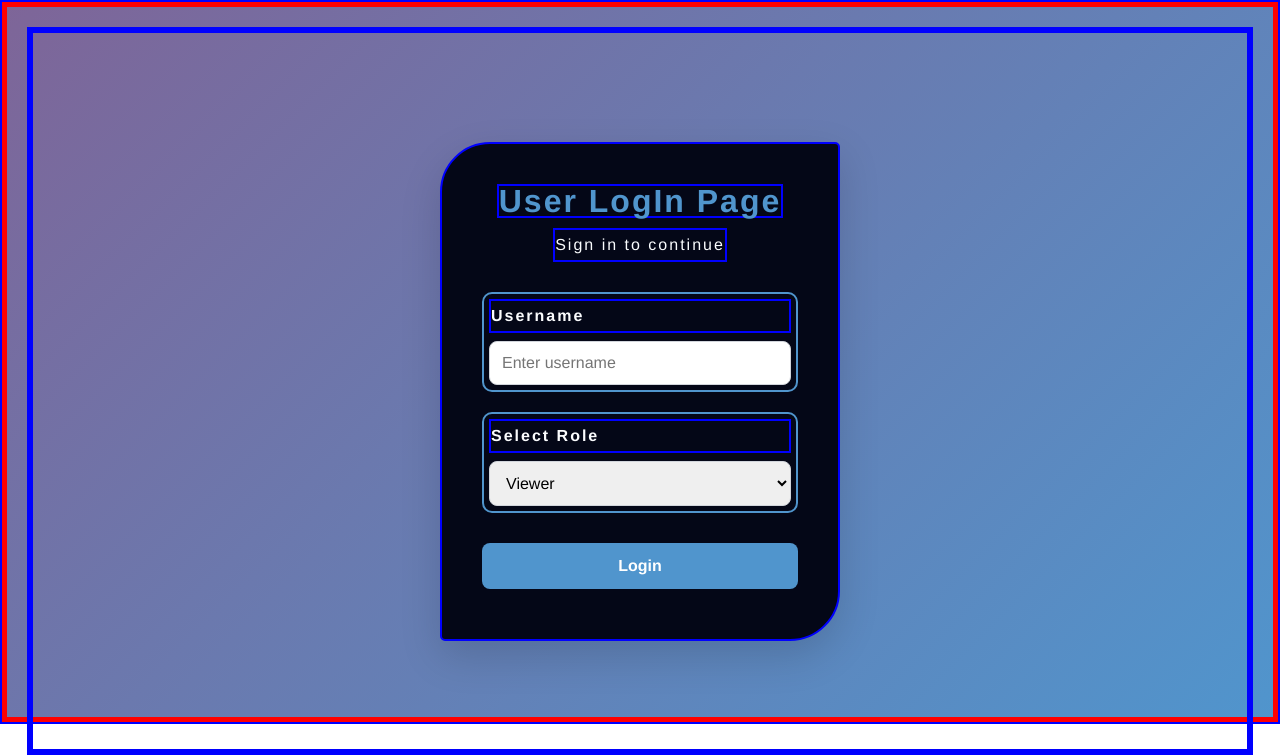
Repository: SolomonChinonso/myUserDashboard
Page: /dashboard (app in my-user-dashboard-app/)
The author's editor kept a copy of each file at every save. The page is drawn from the files as they stood at one save, then again after the next save.
The browser window is 1280 px wide. The pictures show the whole page.
The project was rebuilt for these pictures with package versions that can differ from the ones it lists, and the page was loaded fresh each time. Also part of the build but not shown: my-user-dashboard-app/vite.config.ts, my-user-dashboard-app/src/App.css, my-user-dashboard-app/src/pages/global.css, my-user-dashboard-app/src/pages/Dashboard.tsx, my-user-dashboard-app/src/pages/Profile.tsx, my-user-dashboard-app/src/pages/Settings.tsx, my-user-dashboard-app/src/components/Navbar.tsx.

Above is the page before, as saved 2026-05-31 14:32:24.

### my-user-dashboard-app/index.html
<!doctype html>
<html lang="en">
  <head>
    <meta charset="UTF-8" />
    <link rel="icon" type="image/svg+xml" href="/favicon.svg" />
    <meta name="viewport" content="width=device-width, initial-scale=1.0" />
    <title>my-user-dashboard-app</title>
  </head>
  <body>
    <div id="root"></div>
    <script type="module" src="/src/main.tsx"></script>
  </body>
</html>

### my-user-dashboard-app/src/main.tsx
import React from "react";
import ReactDOM from "react-dom/client";
import App from "./App";
import { BrowserRouter } from "react-router-dom";
import { AuthProvider } from "./context/AuthProvider"
import "./index.css"


ReactDOM.createRoot(document.getElementById("root")!).render(
  <React.StrictMode>
    <BrowserRouter>
      <AuthProvider>
        <App />
      </AuthProvider>
    </BrowserRouter>
  </React.StrictMode>
);

### my-user-dashboard-app/src/App.tsx
import {
  Routes,
  Route,
  Navigate,
} from "react-router-dom";
import "./App.css"

import Login from "./pages/Login";
import Dashboard from "./pages/Dashboard";
import Profile from "./pages/Profile";
import Settings from "./pages/Settings";

import Navbar from "./components/Navbar";
import ProtectedRoute from "./components/ProtectedRoute";

import { useAuth } from "./hooks/useAuth";

function App() {
  const { user } = useAuth();

  return (
    <div className="app-section">
      {user && <Navbar />}

      <Routes>
        {/* Redirect homepage to login */}
        <Route
          path="/"
          element={<Navigate to="/login" replace />}
        />

        <Route
          path="/login"
          element={<Login />}
        />

        <Route
          path="/dashboard"
          element={
            <ProtectedRoute>
              <Dashboard />
            </ProtectedRoute>
          }
        />

        <Route
          path="/profile"
          element={
            <ProtectedRoute>
              <Profile />
            </ProtectedRoute>
          }
        />

        <Route
          path="/settings"
          element={
            <ProtectedRoute adminOnly>
              <Settings />
            </ProtectedRoute>
          }
        />

        {/* Catch-all route */}
        <Route
          path="*"
          element={<Navigate to="/login" replace />}
        />
      </Routes>
    </div>
  );
}

export default App;

### my-user-dashboard-app/src/context/AuthProvider.tsx
import {
  useState,
  type ReactNode,
} from "react";

import type { User } from "../types/user";

import { AuthContext } from "./AuthContext";

interface AuthProviderProps {
  children: ReactNode;
}

export const AuthProvider = ({
  children,
}: AuthProviderProps) => {
  const [user, setUser] =
    useState<User | null>(null);

  const login = (userData: User) => {
    setUser(userData);
  };

  const logout = () => {
    setUser(null);
  };

  return (
    <AuthContext.Provider
      value={{
        user,
        login,
        logout,
      }}
    >
      {children}
    </AuthContext.Provider>
  );
};

### my-user-dashboard-app/src/index.css
*{
    margin: 0;
    padding: 0;
    font-family: 'Franklin Gothic Medium', 'Arial Narrow', Arial, sans-serif;
    box-sizing: border-box;
    border: 2px solid blue;

}
body{
   height: 100vh;
   min-height: 100%;
    letter-spacing: 2px;
    background:  linear-gradient(
    135deg,
    #7e6598,
    #5095cd);
    background-repeat:no-repeat;
    color: #5095cd;;
    padding: 20px;
    border: 5px solid red;
}

### my-user-dashboard-app/src/pages/Login.tsx
// import { useState } from "react";
// import { useNavigate } from "react-router-dom";
// import { useAuth } from "../hooks/useAuth";
// import "./Login.css"

// const Login = () => {
//   const [username, setUsername] = useState("");
//   const [role, setRole] = useState("Viewer");

//   const { login } = useAuth();
//   const navigate = useNavigate();

//   const handleLogin = () => {
//     login({
//       username,
//       role: role as "Admin" | "Editor" | "Viewer",
//     });

//     navigate("/dashboard");
//   };

//   return (
//     <div className="login-page">
//       <h1>Login</h1>

//       <input
//         type="text"
//         placeholder="Username"
//         value={username}
//         onChange={(e) => setUsername(e.target.value)}
//       />

//       <select
//         value={role}
//         onChange={(e) => setRole(e.target.value)}
//       >
//         <option>Admin</option>
//         <option>Editor</option>
//         <option>Viewer</option>
//       </select>

//       <button onClick={handleLogin}>
//         Login
//       </button>
//     </div>
//   );
// };

// export default Login;
import { useState } from "react";
import { useNavigate } from "react-router-dom";
import { useAuth } from "../hooks/useAuth";
import "./Login.css";

const Login = () => {
  const [username, setUsername] = useState("");
  const [role, setRole] = useState("Viewer");

  const { login } = useAuth();
  const navigate = useNavigate();

  const handleLogin = () => {
    login({
      username,
      role: role as "Admin" | "Editor" | "Viewer",
    });

    navigate("/dashboard");
  };

  return (
    <div className="login-page">
      <div className="login-card">
        <h1>User LogIn Page</h1>
        <p className="subtitle">
          Sign in to continue
        </p>

        <div className="form-group">
          <label>Username</label>
          <input
            type="text"
            placeholder="Enter username"
            value={username}
            onChange={(e) =>
              setUsername(e.target.value)
            }
          />
        </div>

        <div className="form-group">
          <label>Select Role</label>
          <select
            value={role}
            onChange={(e) =>
              setRole(e.target.value)
            }
          >
            <option>Admin</option>
            <option>Editor</option>
            <option>Viewer</option>
          </select>
        </div>

        <button
          className="login-btn"
          onClick={handleLogin}
        >
          Login
        </button>
      </div>
    </div>
  );
};

export default Login;

### my-user-dashboard-app/src/components/ProtectedRoute.tsx
import { Navigate } from "react-router-dom";
import { useAuth } from "../hooks/useAuth";

interface Props {
  children: React.ReactNode;
  adminOnly?: boolean;
}

const ProtectedRoute = ({
  children,
  adminOnly,
}: Props) => {
  const { user } = useAuth();

  // Not logged in
  if (!user) {
    return <Navigate to="/login" />;
  }

  // Not admin
  if (adminOnly && user.role !== "Admin") {
    return <Navigate to="/dashboard" />;
  }

  return children;
};

export default ProtectedRoute;

### my-user-dashboard-app/src/hooks/useAuth.ts
import { useContext } from "react";

import { AuthContext } from "../context/AuthContext";

export const useAuth = () => {
  const context = useContext(AuthContext);

  if (!context) {
    throw new Error(
      "useAuth must be used inside AuthProvider"
    );
  }

  return context;
};

### my-user-dashboard-app/src/context/AuthContext.ts
import { createContext } from "react";

import type { User } from "../types/user";

export interface AuthContextType {
  user: User | null;
  login: (user: User) => void;
  logout: () => void;
}
export const AuthContext =
  createContext<AuthContextType | null>(null);

### my-user-dashboard-app/src/pages/Login.css
/* Full page layout */
.login-page {
  min-height: 100vh;
  display: flex;
  justify-content: center;
  align-items: center;

  border: ;
  padding: 20px;
}

/* Login card */
.login-card {
  width: 100%;
  max-width: 400px;
  height: 60%;
  background: #040717;
  padding: 40px;
  border-radius: 50px 5px;
  display: flex;
  flex-direction: column;
  justify-content: center;
  align-items: center;
  box-shadow: 0 15px 40px
    rgba(0, 0, 0, 0.15);
  line-height: 30px;
  text-align: center;
}


/* Heading */
.login-card h1 {
  margin-bottom: 10px;
  color: #5095cd;
}

.subtitle {
  color: #fafcfe;
  margin-bottom: 30px;
}

/* Form group */
.form-group {
    border: 2px solid #5095cd;
    width: 100%;
    border-radius: 10px;
    padding: 5px;
  display: flex;
  flex-direction: column;
  text-align: left;
  margin-bottom: 20px;
}

.form-group label {
  margin-bottom: 8px;
  font-weight: 600;
  color: #fbfcfe;
}

/* Inputs */
.form-group input,
.form-group select {
  padding: 12px;
  border: 1px solid #d1d5db;
  border-radius: 8px;

  font-size: 16px;
  outline: none;

  transition: 0.3s ease;
}

.form-group input:focus,
.form-group select:focus {
  border-color: #4f46e5;
  box-shadow: 0 0 0 3px
    rgba(79, 70, 229, 0.15);
}

/* Button */
.login-btn {
  width: 100%;
  padding: 14px;

  border: none;
  border-radius: 8px;

  background: #5095cd;
  color: white;

  font-size: 16px;
  font-weight: bold;

  cursor: pointer;
  transition: 0.3s ease;
}

.login-btn:hover {
  background: #4338ca;
  transform: translateY(-2px);
}

### my-user-dashboard-app/src/components/Navbar.css
nav{
    background: rgb(48, 4, 59);
    display: flex;
    justify-content: space-between;
    align-items: center;
    /* margin: 20px; */
    /* padding: 10px; */
    /* max-width: 100vw; */
    /* width: 100%; */
    flex-wrap: wrap;
    /* border-radius: 50px; */

}
nav .logo{
    font-family: system-ui, -apple-system, BlinkMacSystemFont, 'Segoe UI', Roboto, Oxygen, Ubuntu, Cantarell, 'Open Sans', 'Helvetica Neue', sans-serif;
    font-style: oblique;
    background: transparent;
    margin: 10px;
    padding: 5px 10px;
    width: 100px;
   border-radius: 50%;
    display: flex;
    flex-direction: column;
    text-align: center;
    border: 2px solid rgb(117, 180, 222);;
}
.links{
    display: flex;
    gap: 20px;

}
a{
    font-family: Arial, Helvetica, sans-serif;
    text-decoration: none;
    color: rgb(224, 224, 240);
   font-size: large;
   font-weight: 700;
}
button{
    font-size: 1rem;
    color: #f3f3f8;
    padding: 5px 20px;
    margin: 10px;
    border: 2px solid rgb(117, 180, 222);
    border-radius: 50px;
    background: transparent;
    cursor: pointer;
    transition: 0.3s ease-in-out;
}
span{
    display: flex;
    flex-direction: column;
    justify-content: center;
    align-items: center;

    color: rgb(240, 240, 244);
}
.profile{
    display: flex;
}

After the next save:
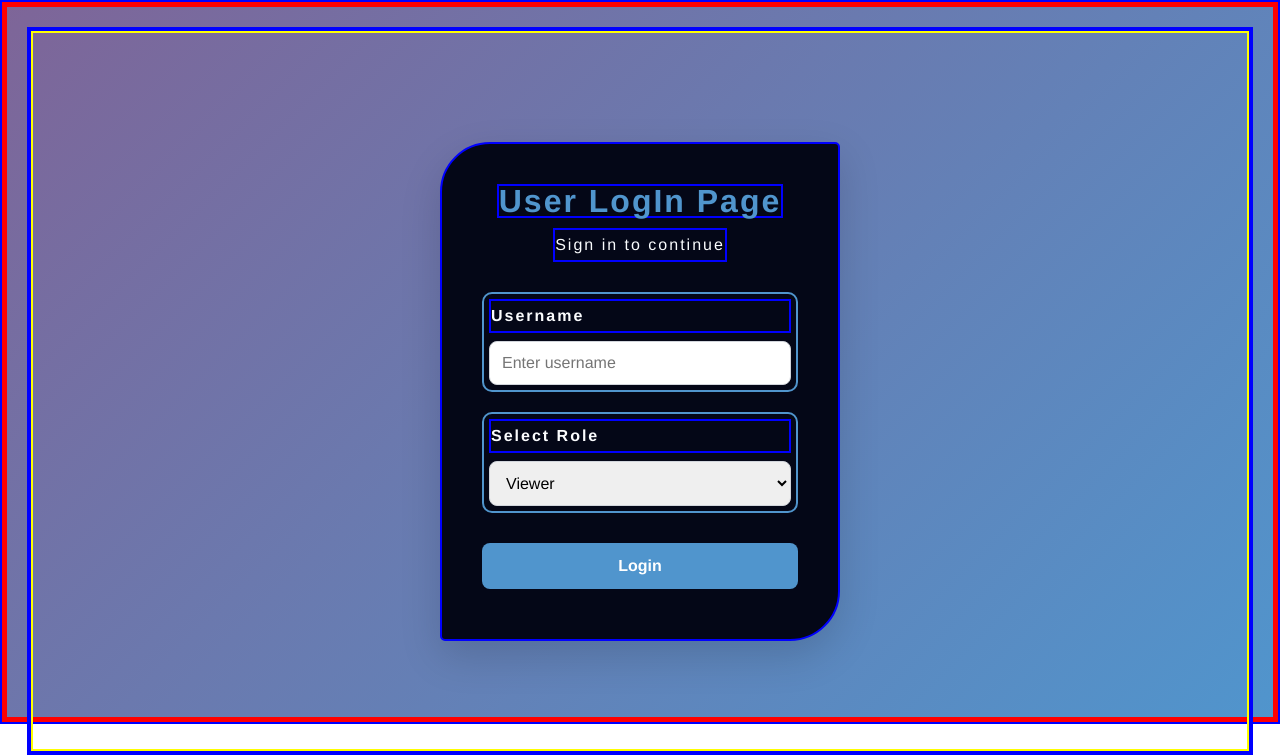
Saved 9 s later.
--- a/my-user-dashboard-app/src/pages/Login.css
+++ b/my-user-dashboard-app/src/pages/Login.css
@@ -5,7 +5,7 @@
   justify-content: center;
   align-items: center;
 
-  border: ;
+  border: 2px solid yellow;
   padding: 20px;
 }
 
